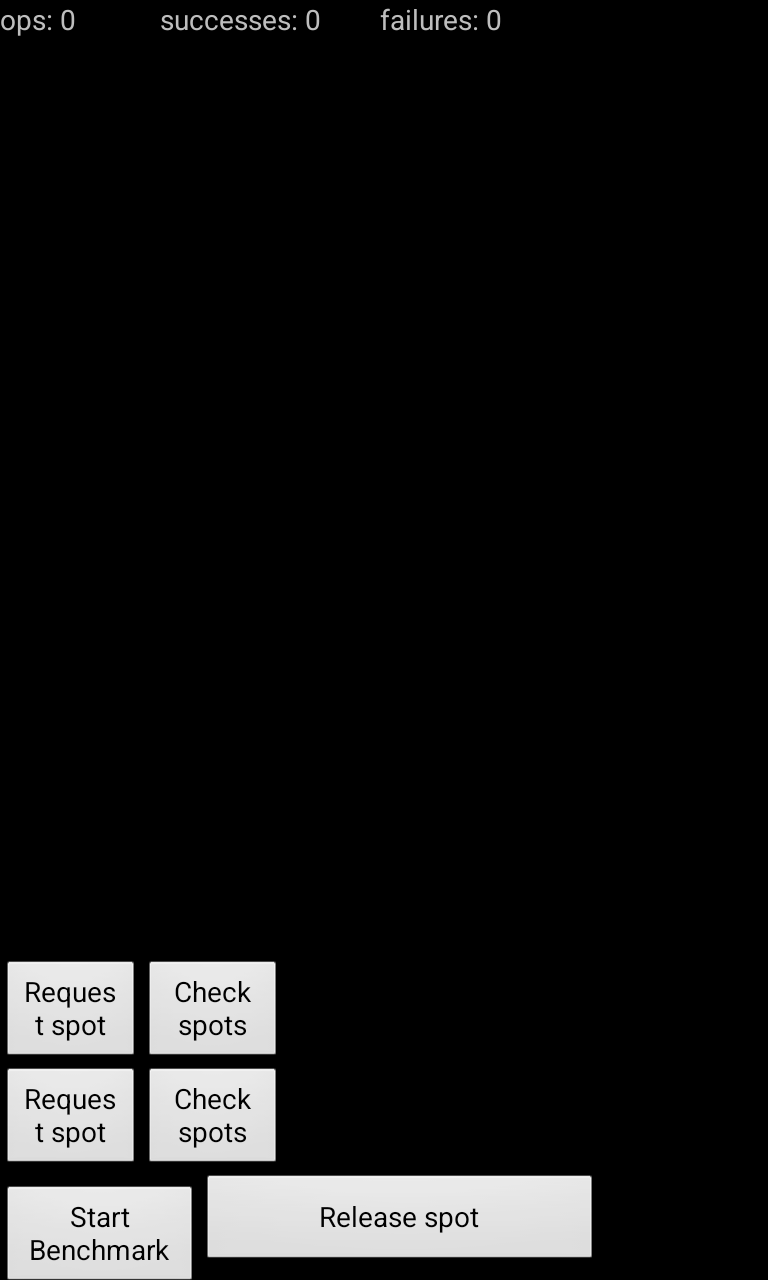
Repository: jasongao/csmcode
Layout: current/workspace/SMCloud/res/layout/main.xml
The author's editor kept a copy of each file at every save. The layout is drawn from the files as they stood at one save, then again after the next save.
It is drawn on a 768 x 1280 px phone screen (xhdpi) without system bars, with theme android:Theme; the app's code is not run. Lists and similar views that code fills are empty.

Above is the layout before, as saved 2011-07-14 16:15:23.

After the next save:
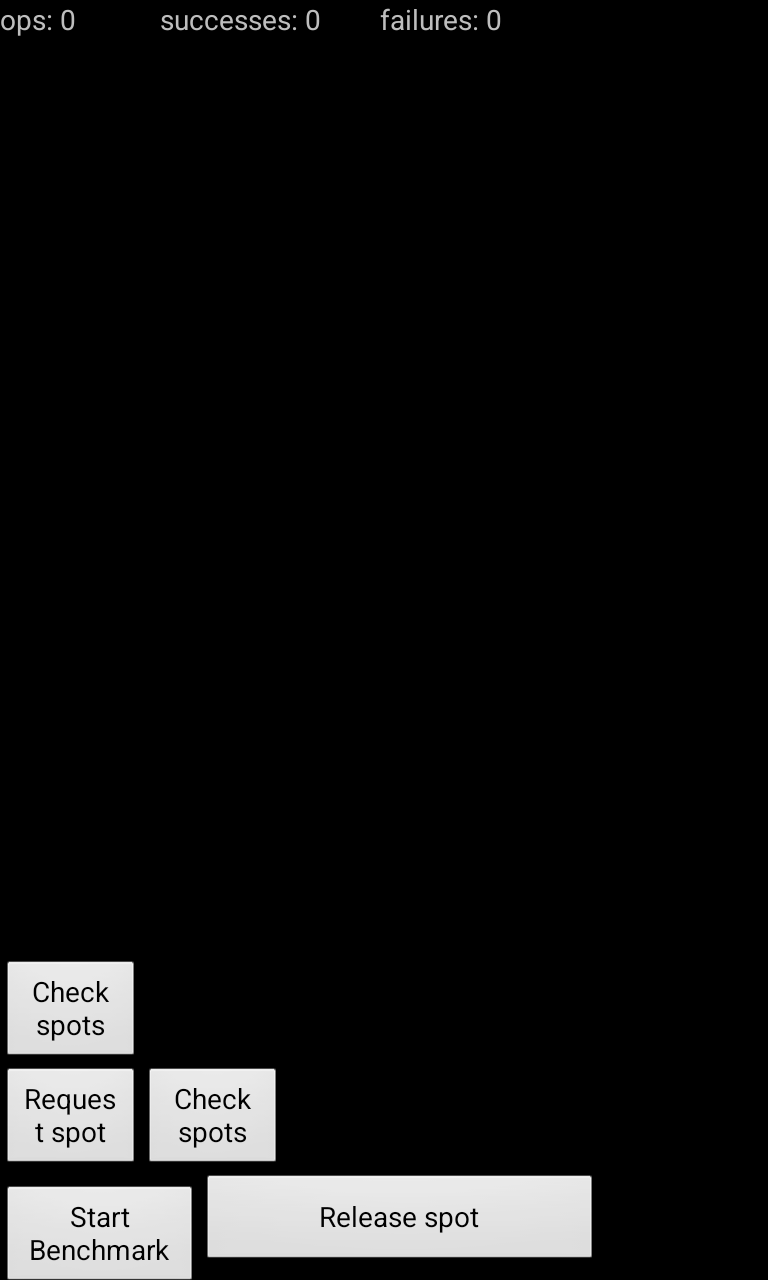
Saved 6 s later.
--- a/current/workspace/SMCloud/res/layout/main.xml
+++ b/current/workspace/SMCloud/res/layout/main.xml
@@ -21,9 +21,6 @@
 	<LinearLayout android:layout_width="fill_parent"
 		android:orientation="horizontal" android:layout_height="wrap_content"
 		android:id="@+id/CheckSpotLayout">
-		<Button android:layout_height="wrap_content"
-			android:layout_width="71dip" android:text="Request spot"
-			android:id="@+id/requestparking_button"></Button>
 		<Button android:layout_height="wrap_content"
 			android:layout_width="71dip" android:text="Check spots" android:id="@+id/readparking_button"></Button>
 	</LinearLayout>
